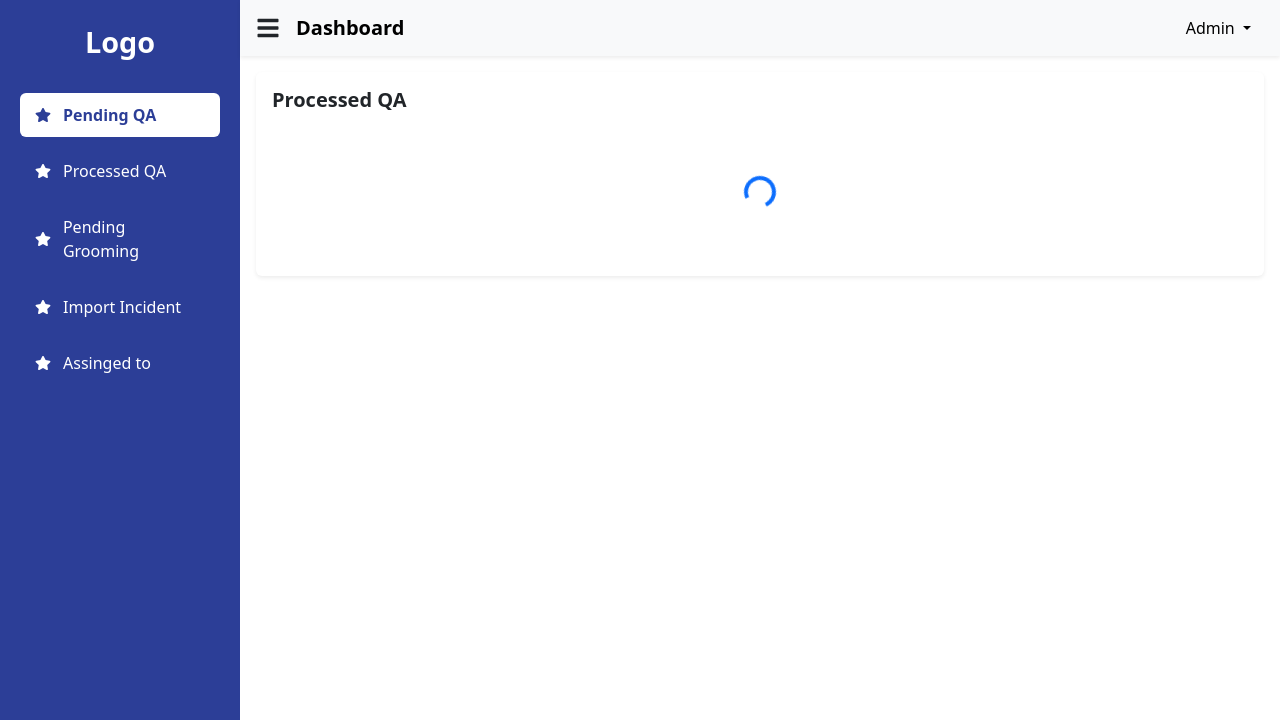
Repository: ArunGOW/ServiceNow_QA-audit
Page: /dashboard/pending-qa
The author's editor kept a copy of each file at every save. The page is drawn from the files as they stood at one save, then again after the next save.
The browser window is 1280 px wide. The pictures show the whole page.
The project was rebuilt for these pictures with package versions that can differ from the ones it lists, and the page was loaded fresh each time. Also part of the build but not shown: vite.config.js, src/components/Login.jsx, src/components/layout/Topbar.css, src/hooks/useProcessedIncidents.jsx, src/components/tables/ProcessedQATable.jsx, src/pages/ProcessedQAPage.jsx, src/pages/GroomingPage.jsx, src/pages/ImportIncidentPage.jsx.

Above is the page before, as saved 2025-09-10 17:36:22.

### index.html
<!doctype html>
<html lang="en">
  <head>
    <meta charset="UTF-8" />
    <link rel="icon" href="data:," />
    <meta name="viewport" content="width=device-width, initial-scale=1.0" />
    <title>QA Tool</title>
  </head>
  <body>
    <div id="root"></div>
    <script type="module" src="/src/main.jsx"></script>
  </body>
</html>

### src/main.jsx
 import React from "react";
import ReactDOM from "react-dom/client";
import { BrowserRouter } from "react-router-dom";
import App from "./App";
import 'bootstrap/dist/css/bootstrap.min.css';


ReactDOM.createRoot(document.getElementById("root")).render(
  <BrowserRouter>
    <App />
  </BrowserRouter>
);

### src/App.jsx



//  import React from "react";
// import { Routes, Route, Navigate } from "react-router-dom";
// import Login from "./components/Login";
// import Dashboard from "./components/Dashboard";
// import { AuthProvider } from "./context/AuthContext";
// import ImportExcel from "./components/ImportExcel";


// function App() {
//   return (
//     <AuthProvider>
//       <Routes>

//         <Route path="/" element={<Navigate to="/login" replace />} />
//         <Route path="/login" element={<Login />} />
//         {/* <Route path="/dashboard" element={<Dashboard />} />
//         <Route path="/import-excel" element={<ImportExcel />} />

//         <Route path="/pending-qa" element={<Dashboard filter="Pending" />} /> */}
//         {/* ✅ Protect all dashboard routes */}
//         <Route
//           path="/dashboard/*"
//           element={
//             <ProtectedRoute>
//               <Layout>
//                 <Routes>
//                   <Route path="" element={<Dashboard />} />
//                   <Route path="processed-qa" element={<ProcessedQAPage />} />
//                   <Route path="pending-grooming" element={<GroomingPage />} />
//                   <Route path="import-incident" element={<ImportIncidentPage />} />
//                 </Routes>
//               </Layout>
//             </ProtectedRoute>
//           }
//         />


//       </Routes>
//     </AuthProvider>
//   );
// }

// export default App;

// src/App.jsx
import React from "react";
import { Routes, Route, Navigate } from "react-router-dom";
import Login from "./components/Login";
import Dashboard from "./components/Dashboard";
import { AuthProvider } from "./context/AuthContext";

// Pages
import PendingQAPage from "./pages/PendingQAPage";
import ProcessedQAPage from "./pages/ProcessedQAPage";
import GroomingPage from "./pages/GroomingPage";
import ImportIncidentPage from "./pages/ImportIncidentPage";

function App() {
  return (
    <AuthProvider>
      <Routes>
        {/* Redirect root to login */}
        <Route path="/" element={<Navigate to="/login" replace />} />

        {/* Login Page */}
        <Route path="/login" element={<Login />} />

        {/* Dashboard Layout with nested routes */}
        <Route path="/dashboard" element={<Dashboard />}>
          <Route path="pending-qa" element={<PendingQAPage />} />
          <Route path="processed-qa" element={<ProcessedQAPage />} />
          <Route path="pending-grooming" element={<GroomingPage />} />
          <Route path="import-incident" element={<ImportIncidentPage />} />
        </Route>
      </Routes>
    </AuthProvider>
  );
}

export default App;

### src/components/Dashboard.jsx
//  import { useState, useEffect, useContext } from "react";
// import axios from "axios";
// import Layout from "./layout/Layout";
// import PendingQATable from "./tables/PendingQATable";
// import ProcessedQATable from "./tables/ProcessedQATable";
// import PaginationControls from "./PaginationControls";
// import { AuthContext } from "../context/AuthContext";

// const Dashboard = () => {
//   const { user } = useContext(AuthContext); // ✅ get user info (user_sid)
//   const [pendingIncidents, setPendingIncidents] = useState([]);
//   const [processedIncidents, setProcessedIncidents] = useState([]);
//   const [loading, setLoading] = useState(true);
//   const [currentPage, setCurrentPage] = useState(1);
//   const [totalPages, setTotalPages] = useState(1);
//   const limit = 10;

//   useEffect(() => {
//     const fetchData = async () => {
//       if (!user?.user_sid) {
//         console.warn("⚠️ No user_sid found, skipping fetch.");
//         return;
//       }

//       setLoading(true);
//       try {
//         const skip = (currentPage - 1) * limit;

//         // ✅ Send skip, limit, and user_sid in POST body (NOT query string)
//         const res = await axios.post("http://localhost:8000/api/users/get/incidents", {
//           user_sid: user.user_sid,
//           skip,
//           limit,
//         });

//         console.log("📌 API Response:", res.data);

//         const allIncidents = res.data?.incidents || [];

//         setPendingIncidents(allIncidents.filter((i) => i.audit_status === "Pending"));
//         setProcessedIncidents(allIncidents.filter((i) => i.audit_status === "Completed"));

//         if (res.data?.totalCount) {
//           setTotalPages(Math.ceil(res.data.totalCount / limit));
//         }
//       } catch (error) {
//         console.error("❌ Error fetching incidents:", error);
//       } finally {
//         setLoading(false);
//       }
//     };

//     fetchData();
//   }, [currentPage, user]);

//   return (
//     <Layout>
//       <PendingQATable incidents={pendingIncidents} loading={loading} />
//       <ProcessedQATable incidents={processedIncidents} />
//       <div className="d-flex justify-content-center mt-3">
//         <PaginationControls
//           currentPage={currentPage}
//           totalPages={totalPages}
//           handlePrevious={() => setCurrentPage((p) => Math.max(p - 1, 1))}
//           handleNext={() => setCurrentPage((p) => p + 1)}
//         />
//       </div>
//     </Layout>
//   );
// };

// export default Dashboard;


// src/components/Dashboard.jsx
import { Outlet } from "react-router-dom";
import { useState } from "react";
import Sidebar from "./layout/Sidebar";
import Topbar from "./layout/Topbar";

const Dashboard = () => {
  const [sidebarOpen, setSidebarOpen] = useState(true);

  return (
    <div className="d-flex">
      {/* Sidebar */}
      {sidebarOpen && <Sidebar />}

      {/* Main Content */}
      <div className="flex-grow-1">
        <Topbar onToggleSidebar={() => setSidebarOpen(!sidebarOpen)} />
        <div className="p-3">
          <Outlet /> {/* Child routes render here */}
        </div>
      </div>
    </div>
  );
};

export default Dashboard;

### src/context/AuthContext.jsx
//  // src/context/AuthContext.jsx
// import { createContext, useContext, useState, useEffect } from "react";

// const AuthContext = createContext();

// export const AuthProvider = ({ children }) => {
//   const [user, setUser] = useState(null);

//   useEffect(() => {
//     const storedUser = localStorage.getItem("user");
//     if (storedUser) {
//       setUser(JSON.parse(storedUser));
//     }
//   }, []);

//   const login = (userData) => {
//     setUser(userData);
//     localStorage.setItem("user", JSON.stringify(userData));
//   };

//   const logout = () => {
//     setUser(null);
//     localStorage.removeItem("user");
//   };

//   return (
//     <AuthContext.Provider value={{ user, login, logout }}>
//       {children}
//     </AuthContext.Provider>
//   );
// };

// // ✅ Add this export
// export const useAuth = () => useContext(AuthContext);


// src/context/AuthContext.jsx
import React, { createContext, useContext, useState, useEffect } from "react";

const AuthContext = createContext();

export const AuthProvider = ({ children }) => {
  const [user, setUser] = useState(null);

  useEffect(() => {
    const storedUser = localStorage.getItem("user");
    if (storedUser) {
      setUser(JSON.parse(storedUser));
    }
  }, []);

  const login = (userData) => {
    setUser(userData);
    localStorage.setItem("user", JSON.stringify(userData));
  };

  const logout = () => {
    setUser(null);
    localStorage.removeItem("user");
  };

  return (
    <AuthContext.Provider value={{ user, login, logout }}>
      {children}
    </AuthContext.Provider>
  );
};

export const useAuth = () => useContext(AuthContext);

### src/pages/PendingQAPage.jsx
 import React, { useState } from "react";
import usePendingIncidents from "../hooks/usePendingIncidents";
import PendingQATable from "../components/tables/PendingQATable";

const PendingQAPage = () => {
  const [currentPage, setCurrentPage] = useState(1);
  const { pendingIncidents, loading, totalPages } = usePendingIncidents(currentPage, 10);

  return (
    <div>
      {/* <h2>Pending QA</h2> */}
      <PendingQATable incidents={pendingIncidents} loading={loading} />
    </div>
  );
};

export default PendingQAPage;

### src/components/layout/sidebar.jsx
//  // src/components/layout/Sidebar.jsx
// import { Nav } from "react-bootstrap";
// import { FaStar } from "react-icons/fa";
// import { Link, useLocation } from "react-router-dom";

// const Sidebar = () => {
//   const location = useLocation();

//   const menuItems = [
//     { path: "/pending-qa", label: "Pending QA" },
//     { path: "/processed-qa", label: "Processed QA" },
//     { path: "/pending-grooming", label: "Pending Grooming" },
//     { path: "/import-incident", label: "Import Incident" },
//     { path: "/export-incident", label: "Export Incident" },
//   ];

//   return (
//     <div>
//       <h2 className="p-3 fw-bold border-bottom">Logo</h2>
//       <Nav className="flex-column">
//         {menuItems.map((item) => (
//           <Nav.Item key={item.path}>
//             <Link
//               to={item.path}
//               className={`d-flex align-items-center px-3 py-2 text-decoration-none ${
//                 location.pathname === item.path
//                   ? "bg-light text-dark rounded"
//                   : "text-white"
//               }`}
//             >
//               <FaStar className="me-2" />
//               {item.label}
//             </Link>
//           </Nav.Item>
//         ))}
//       </Nav>
//     </div>
//   );
// };

// export default Sidebar;


// src/components/layout/Sidebar.jsx
import { NavLink } from "react-router-dom";
import { FaStar } from "react-icons/fa";
import "./Sidebar.css";

const Sidebar = () => {
  return (
    <div className="sidebar">
      <div className="logo">Logo</div>
      <nav>
        <NavLink to="/dashboard/pending-qa" activeClassName="active">
          <FaStar /> Pending QA
        </NavLink>
        <NavLink to="/dashboard/processed-qa" activeClassName="active">
          <FaStar /> Processed QA
        </NavLink>
        <NavLink to="/dashboard/pending-grooming" activeClassName="active">
          <FaStar /> Pending Grooming
        </NavLink>

        <NavLink to="/dashboard/import-incident" activeClassName="active">
          <FaStar /> Import Incident
        </NavLink>
        <NavLink to="/export-incident" activeClassName="active">
          <FaStar />  Assinged to
        </NavLink>
      </nav>
    </div>
  );
};

export default Sidebar;

### src/components/layout/Topbar.jsx
// // src/components/layout/Topbar.jsx
// import { Navbar, Nav, Dropdown } from "react-bootstrap";
// import { FaBars } from "react-icons/fa";


// const Topbar = ({ onToggleSidebar }) => {
//   return (
//     <Navbar bg="light" expand="lg" className="shadow-sm px-3">
//       <FaBars
//         className="me-3"
//         style={{ cursor: "pointer", fontSize: "1.5rem" }}
//         onClick={onToggleSidebar}
//       />
//       <Navbar.Brand className="fw-bold">Dashboard</Navbar.Brand>
//       <Nav className="ms-auto">
//         <Dropdown align="end">
//           <Dropdown.Toggle variant="light" id="dropdown-basic">
//             Admin
//           </Dropdown.Toggle>
//           <Dropdown.Menu>
//             <Dropdown.Item>Profile</Dropdown.Item>
//             <Dropdown.Item>Logout</Dropdown.Item>
//           </Dropdown.Menu>
//         </Dropdown>
//       </Nav>
//     </Navbar>
//   );
// };

// export default Topbar;


 // src/components/layout/Topbar.jsx
import { Navbar, Nav, Dropdown } from "react-bootstrap";
import { FaBars } from "react-icons/fa";
import { useAuth } from "../../context/AuthContext";   // ✅ import hook
import { useNavigate } from "react-router-dom";
import './Topbar.css'

const Topbar = ({ onToggleSidebar }) => {
  const { logout, user } = useAuth();  // ✅ get user + logout
  const navigate = useNavigate();

  const handleLogout = () => {
    logout();            // clear user + localStorage
    navigate("/login");  // redirect to login page
  };

  return (
    <Navbar bg="light" expand="lg" className="shadow-sm px-3">
      <FaBars
        className="me-3"
        style={{ cursor: "pointer", fontSize: "1.5rem" }}
        onClick={onToggleSidebar}
      />
      <Navbar.Brand className="fw-bold">Dashboard</Navbar.Brand>
      <Nav className="ms-auto">
        <Dropdown align="end">
          <Dropdown.Toggle variant="light" id="dropdown-basic">
            {user?.name || "Admin"}  {/* ✅ show logged-in user name */}
          </Dropdown.Toggle>
          <Dropdown.Menu>
            <Dropdown.Item>Profile</Dropdown.Item>
            <Dropdown.Item onClick={handleLogout}>Logout</Dropdown.Item>
          </Dropdown.Menu>
        </Dropdown>
      </Nav>
    </Navbar>
  );
};

export default Topbar;

### src/hooks/usePendingIncidents.jsx
// import { useState, useEffect } from "react";
// import axios from "axios";
// import { useAuth } from "../context/AuthContext";

// const usePendingIncidents = (currentPage, limit = 10) => {
//   const { user } = useAuth();
//   const [pendingIncidents, setPendingIncidents] = useState([]);
//   const [loading, setLoading] = useState(true);
//   const [totalPages, setTotalPages] = useState(1);

//   useEffect(() => {
//     const fetchData = async () => {
//       if (!user?.user_sid) {
//         console.warn("⚠️ No user_sid found, skipping fetch.");
//         return;
//       }

//       setLoading(true);
//       try {
//         const skip = (currentPage - 1) * limit;

//         const res = await axios.post("http://localhost:8000/api/users/get/incidents", {
//           user_sid: user.user_sid,
//           skip,
//           limit,
//         });

//         console.log("📌 Pending API Response:", res.data);

//         setPendingIncidents(res?.data);

//         if (res.data?.totalCount) {
//           setTotalPages(Math.ceil(res.data.totalCount / limit));
//         }
//       } catch (error) {
//         console.error("❌ Error fetching pending incidents:", error);
//       } finally {
//         setLoading(false);
//       }
//     };

//     fetchData();
//   }, [currentPage, user, limit]);

//   return { pendingIncidents, loading, totalPages };
// };

// export default usePendingIncidents;


import { useState, useEffect } from "react";
import axios from "axios";
import { useAuth } from "../context/AuthContext";

const usePendingIncidents = (currentPage, limit = 10) => {
  const { user } = useAuth();

  const [pendingIncidents, setPendingIncidents] = useState([]);
  const [loading, setLoading] = useState(true);
  const [totalPages, setTotalPages] = useState(1);

  useEffect(() => {
    const fetchData = async () => {
      if (!user?.user_sid) {
        console.warn("⚠️ No user_sid found, skipping fetch.");
        return;
      }

      setLoading(true);
      try {
        // 🔢 calculate skip dynamically
        const skip = (currentPage - 1) * limit;

        // ✅ API call with POST body
        const res = await axios.post(
          "http://localhost:8000/api/users/get-pending/incidents/",
          {
            user_sid: user.user_sid,
            skip,
            limit,
          }
        );

        console.log("📌 Pending API Response:", res.data);

        setPendingIncidents(res.data?.incidents || []);

        // 🔢 calculate total pages dynamically
        if (res.data?.totalCount) {
          setTotalPages(Math.ceil(res.data.totalCount / limit));
        }
      } catch (error) {
        console.error("❌ Error fetching pending incidents:", error);
      } finally {
        setLoading(false);
      }
    };

    fetchData();
  }, [currentPage, user, limit]);

  return { pendingIncidents, loading, totalPages };
};

export default usePendingIncidents;

### src/components/tables/PendingQATable.jsx
// //  // src/components/tables/PendingQATable.jsx
// // import { Table, Spinner, Badge } from "react-bootstrap";

// //  const PendingQATable = ({ incidents, loading }) => {

// //   console.log("🟢 Pending Incidents passed to table:", incidents);

// //   if (loading) return <p>Loading...</p>;

// //   if (!incidents || incidents.length === 0) {
// //     return <p>No pending incidents found.</p>;
// //   }
// //   useEffect(() => {
// //   const fetchData = async () => {
// //     if (!user?.user_sid) {
// //       console.warn("⚠️ No user_sid found, skipping fetch.");
// //       return;
// //     }

// //     setLoading(true);
// //     try {
// //       const skip = (currentPage - 1) * limit;

// //       const res = await axios.post("http://localhost:8000/api/users/get/incidents", {
// //         user_sid: user.user_sid,
// //         skip,
// //         limit,
// //       });

// //       console.log("📌 Full API Response:", res.data);

// //       const allIncidents = res.data?.incidents || [];
// //       console.log("allIncidents data",allIncidents)

// //       // 🔎 Log audit_status of each incident
// //       console.log("🔍 audit_status values from API:", allIncidents.map(i => i.audit_status));

// //       setPendingIncidents(
// //         allIncidents.filter((i) => i.audit_status?.toLowerCase() === "pending")
// //       );
// //       setProcessedIncidents(
// //         allIncidents.filter((i) => i.audit_status?.toLowerCase() === "completed")
// //       );

// //       if (res.data?.totalCount) {
// //         setTotalPages(Math.ceil(res.data.totalCount / limit));
// //       }
// //     } catch (error) {
// //       console.error("❌ Error fetching incidents:", error);
// //     } finally {
// //       setLoading(false);
// //     }
// //   };

// //   fetchData();
// // }, [currentPage, user]);


// //   return (
// //      <Table>
// //   <thead>
// //     <tr>
// //       <th>Incident #</th>
// //       <th>Handled By</th>
// //       <th>Handled On</th>
// //       <th>Current Status</th>
// //     </tr>
// //   </thead>
// //   <tbody>

// //     {console.log("pendingIncidents",incidents)}
// //     {incidents.length > 0 ? (
// //       incidents.map((incident, index) => (
// //         <tr key={incident.id || index}>
// //           <td>{incident.incident_number || "N/A"}</td>
// //           <td>{incident.handled_by || "N/A"}</td>
// //           <td>{incident.handled_on ? new Date(incident.handled_on).toLocaleDateString() : "N/A"}</td>
// //           <td>{incident.audit_status || "N/A"}</td>
// //         </tr>
// //       ))
// //     ) : (
// //       <tr>
// //         <td colSpan="4" style={{ textAlign: "center" }}>
// //           No Pending Incidents Found
// //         </td>
// //       </tr>
// //     )}
// //   </tbody>
// // </Table>

// //   );
// // };


// // export default PendingQATable;

// import React, { useEffect, useState } from "react";

// const PendingQATable = ({ incidents, loading }) => {
//   const [data, setData] = useState([]);

//   useEffect(() => {
//     setData(incidents);
//   }, [incidents]);

//   if (loading) return <p>Loading...</p>;

//   return (
//     <table border="1" width="100%">
//       <thead>
//         <tr>
//           <th>Incident No</th>
//           <th>Handled By</th>
//           <th>Handled On</th>
//           <th>Current Status</th>
//         </tr>
//       </thead>
//       <tbody>
//         {data.map((incident, idx) => (
//           <tr key={idx}>
//             <td>{incident. incident_number
// }</td>
//             <td>{incident.assigned_analyst
// }</td>
// <td>{incident.incident_date
// }</td>
//             <td>{incident.audit_status}</td>
//           </tr>
//         ))}
//       </tbody>
//     </table>
//   );
// };

// export default PendingQATable;


 // src/components/tables/ProcessedQATable.jsx
import { Table, Spinner } from "react-bootstrap";

const PendingQATable = ({ incidents, loading }) => {
  console.log("inc-pemding",incidents)
  return (
    <div className="bg-white rounded shadow-sm p-3">
      <h5 className="fw-bold mb-3">Processed QA</h5>
      {loading ? (
        <div className="text-center py-5">
          <Spinner animation="border" variant="primary" />
        </div>
      ) : (
        <Table bordered hover responsive className="align-middle text-center">
          <thead className="table-light">
            <tr>
               <th>Incident No</th>
           <th>Handled By</th>
           <th>Handled On</th>
          <th>Current Status</th>
            </tr>
          </thead>
          <tbody>
            {incidents.length > 0 ? (
              incidents.map((incident, index) => (
                <tr key={index}>
                    <td>{incident. incident_number
 }</td>
             <td>{incident.assigned_analyst
}</td>
 <td>{incident.incident_date
 }</td>
            <td>{incident.audit_status}</td>
                </tr>
              ))
            ) : (
              <tr>
                <td colSpan="4">No processed QA records found.</td>
              </tr>
            )}
          </tbody>
        </Table>
      )}
    </div>
  );
};

export default PendingQATable;

### src/components/layout/Sidebar.css
/* src/components/layout/Sidebar.css */
.sidebar {
  height: 100vh;
  width: 240px;
  background-color: #2c3e97; /* Deep Blue */
  color: white;
  display: flex;
  flex-direction: column;
  padding: 20px;
}

.sidebar .logo {
  font-size: 1.8rem;
  font-weight: bold;
  text-align: center;
  margin-bottom: 30px;
}

.sidebar nav {
  display: flex;
  flex-direction: column;
  gap: 12px;
}

.sidebar a {
  display: flex;
  align-items: center;
  gap: 12px;
  padding: 10px 15px;
  text-decoration: none;
  color: white;
  font-size: 1rem;
  border-radius: 6px;
  transition: all 0.3s ease;
}

.sidebar a:hover {
  background-color: rgba(255, 255, 255, 0.15);
}

.sidebar a.active {
  background-color: white;
  color: #2c3e97;
  font-weight: bold;
}

.sidebar hr {
  border: none;
  border-top: 1px solid rgba(255, 255, 255, 0.2);
  margin: 15px 0;
}

After the next save:
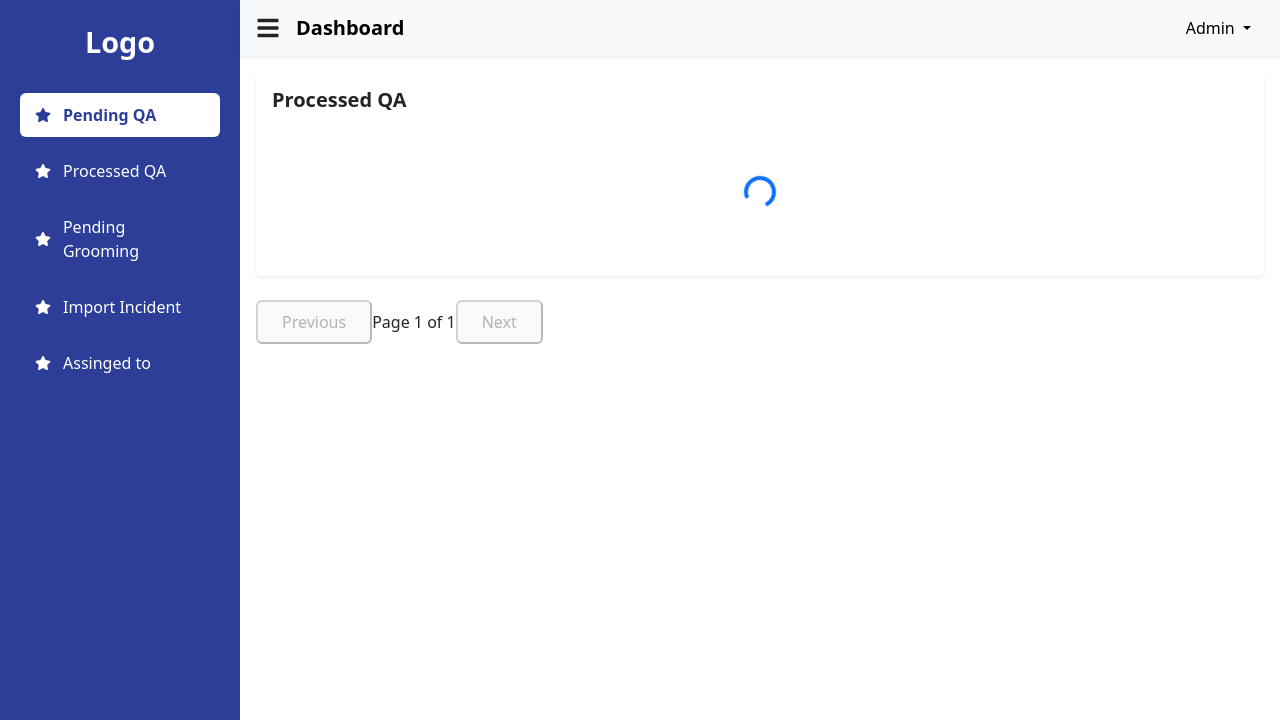
Saved 87 s later.
--- a/src/pages/PendingQAPage.jsx
+++ b/src/pages/PendingQAPage.jsx
@@ -10,6 +10,29 @@ const PendingQAPage = () => {
     <div>
       {/* <h2>Pending QA</h2> */}
       <PendingQATable incidents={pendingIncidents} loading={loading} />
+
+      {/* 🔢 Pagination Controls */}
+      <div className="flex justify-between mt-4">
+        <button
+          onClick={() => setCurrentPage((p) => Math.max(p - 1, 1))}
+          disabled={currentPage === 1}
+          className="px-4 py-2 bg-gray-300 rounded disabled:opacity-50"
+        >
+          Previous
+        </button>
+
+        <span>
+          Page {currentPage} of {totalPages}
+        </span>
+
+        <button
+          onClick={() => setCurrentPage((p) => Math.min(p + 1, totalPages))}
+          disabled={currentPage === totalPages}
+          className="px-4 py-2 bg-gray-300 rounded disabled:opacity-50"
+        >
+          Next
+        </button>
+      </div>
     </div>
   );
 };
